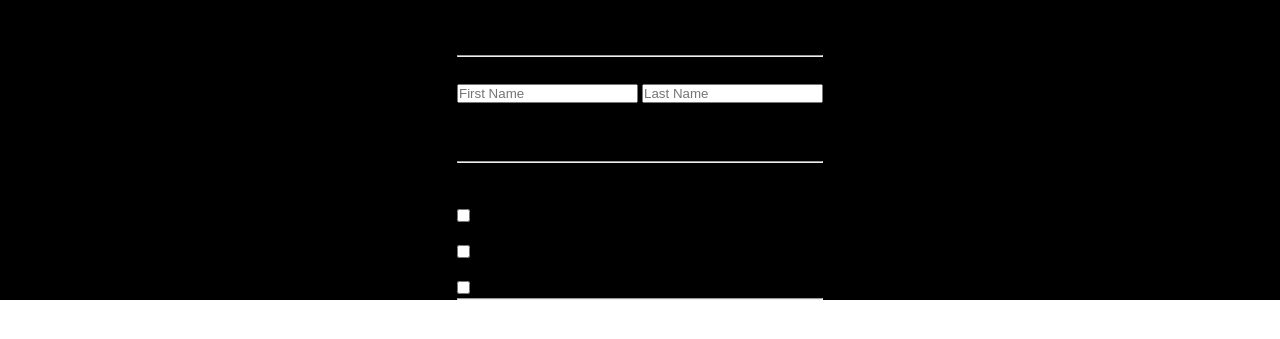
Repository: imokha01/DOM
Page: index.html
These files come from the project's save history. The page is drawn as it stood at one moment and after a run of saves; the edit follows.
The browser window is 1280 px wide. The pictures show the whole page.

Above is the page before, as saved 2023-12-19 17:11:19.

### index.html
<!DOCTYPE html>
<html lang="en">
  <head>
    <meta charset="UTF-8" />
    <meta name="viewport" content="width=device-width, initial-scale=1.0" />
    <title>Document</title>
    <link rel="stylesheet" href="./index.css" />
  </head>
<body>
  <div class="form_container">
    <form action="#">
      <div>
          <h1>User setting</h1>
          <p>Lorem ipsum dolor sit amet consectetur.</p>
      </div>
      <hr>
      <div>
        <h2>Personal Info</h2>
        <input type="text" class="firstName" placeholder="First Name">
        <input type="text" class="lastName" placeholder="Last Name">
        <section>
            <option value="country" disabled hidden selected>Country</option>
            <option value="Nigeria">Nigeria</option>
            <option value="ghana">Ghana</option>
            <option value="algeria">Algeria</option>
        </section>
        <hr>
        <div>
          <h2>Notifications</h2>
          <div class="weeklyReport">
            <p class="week-para">Weekly reports</p>
            <!-- Rounded switch -->
            <label class="switch">
                 <input type="checkbox">
                <span class="slider round"></span>
            </label>
          </div>
          <div class="pullRequest">
            <p class="pull-para">Pull request</p>
            <!-- Rounded switch -->
            <label class="switch">
                 <input type="checkbox">
                <span class="slider round"></span>
            </label>
          </div>
          <div class="deployment">
            <p class="depoly-para">Deployment trigger</p>
            <!-- Rounded switch -->
          <label class="switch">
                 <input type="checkbox">
                <span class="slider round"></span>
            </label>
          </div>
          <hr>



        </div>
      </div>
    </form>


  </div>
    <script src="./index.js"></script>
  </body>
</html>

### index.css
* {
    margin: 0;
    padding: 0;
    box-sizing: border-box;
}

.form_container {
    display: flex;
    justify-content: center;
    align-items: center;
    gap: 2px;
    background-color: black;
    color: while;
}

form {
    color
}








/* * The switch - the box around the slider */
/* .switch {
  position: relative;
  display: inline-block;
  width: 60px;
  height: 34px;
} */

/* Hide default HTML checkbox */
/* .switch input {
  opacity: 0;
  width: 0;
  height: 0;
} */

/* The slider */
/* .slider {
  position: absolute;
  cursor: pointer;
  top: 0;
  left: 0;
  right: 0;
  bottom: 0;
  background-color: #ccc;
  -webkit-transition: .4s;
  transition: .4s;
} */

.slider:before {
  position: absolute;
  content: "";
  height: 26px;
  width: 26px;
  left: 4px;
  bottom: 4px;
  -webkit-transition: .4s;
  transition: .4s;
}

input:checked + .slider {
  background-color: #2196F3;
}

input:focus + .slider {
  box-shadow: 0 0 1px #2196F3;
}

input:checked + .slider:before {
  -webkit-transform: translateX(26px);
  -ms-transform: translateX(26px);
  transform: translateX(26px);
}

/* Rounded sliders */
.slider.round {
  border-radius: 34px;
}

.slider.round:before {
  border-radius: 50%;
} */

### index.js
// const button = document.getElementsByTagName("button")[0]
// console.log(button)

// button.style.backgroundColor = "skyblue"
// button.style.padding = "20px";
// button.style.border = "none";
// button.style.borderRadius = "10px";
// button.style.fontSize  = "1.5em";
// button.style.color = "red";

// const body = document.querySelector("body")
// body.style.backgroundColor = "lightgreen";

const newDiv = document.createElement("div");
const newContent = document.createTextNode("hey, What is up");
newDiv.appendChild(newContent);
console.log(newDiv)

const button = document.createElement("button")

After the next 2 saves:
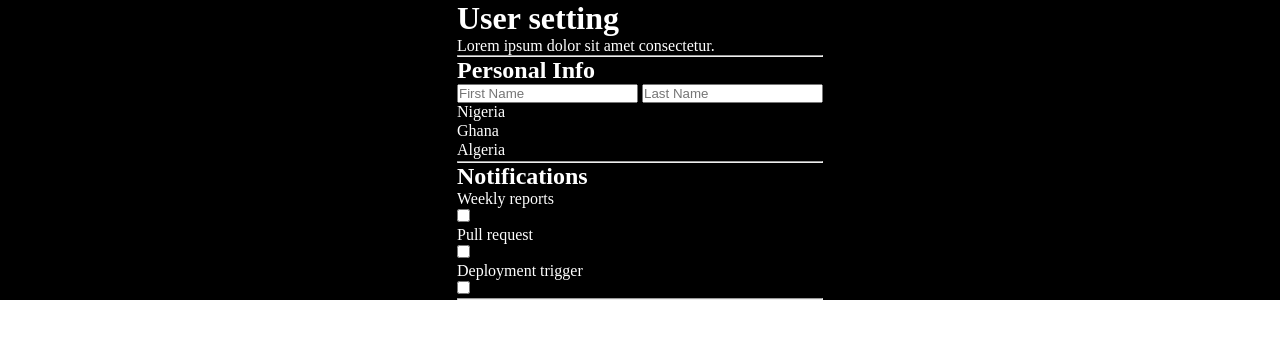
The 2 saves are shown as one change because they came seconds apart.
The last was saved 6 s later.
--- a/index.css
+++ b/index.css
@@ -14,7 +14,7 @@
 }
 
 form {
-    color
+    color: white;
 }
 
 
